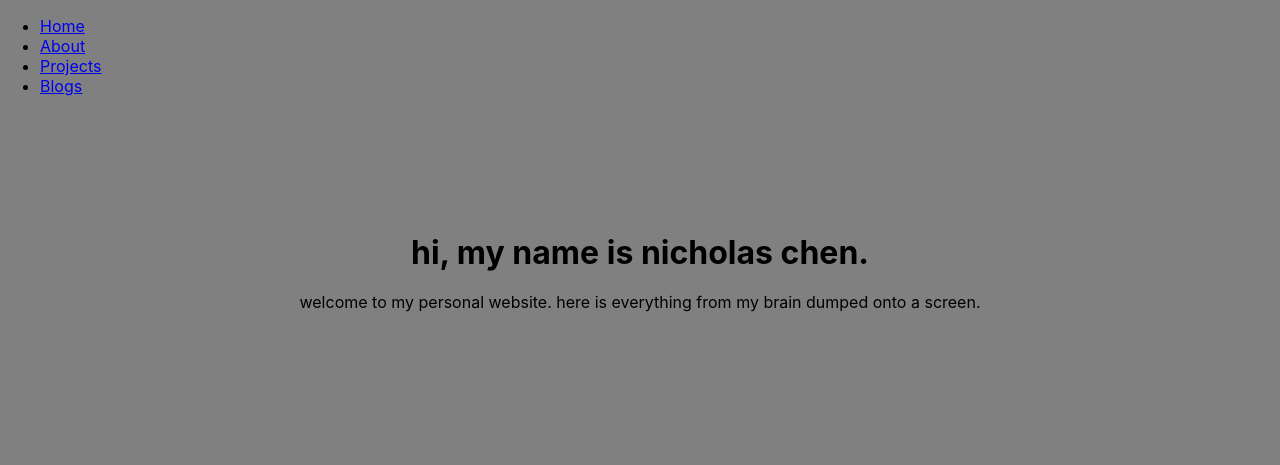
Repository: nicholaschen09/personalWebsite
Page: /
These files come from the project's save history. The page is drawn as it stood at one moment and after the next save; the edit follows.
The browser window is 1280 px wide. The pictures show the whole page.
The project was rebuilt for these pictures with package versions that can differ from the ones it lists, and the page was loaded fresh each time. Also part of the build but not shown: src/components/About.css, src/components/About.js, src/components/Projects.css, src/components/Projects.js, src/components/Blog.css, src/components/Blog.js, src/components/Miscellaneous.css, src/components/Miscellaneous.js and 4 more.

Above is the page before, as saved 2024-08-09 10:45:33.

### src/App.js
import React from 'react';
import { BrowserRouter as Router, Route, Routes, Link } from 'react-router-dom';
import About from './components/About.js';
import Home from './components/Home.js';
import Projects from './components/Projects.js';
import Blog from './components/Blog.js';
import Miscellaneous from './components/Miscellaneous.js';
import Design from './components/Design.js';
import Engineering from './components/Engineering.js';

function App() {
  return (
    <Router>
      <div>
        <nav>
          <ul>
            <li>
              <Link to="/">Home</Link>
            </li>
            <li>
              <Link to="/about">About</Link>
            </li>
            <li>
              <Link to="/projects">Projects</Link>
            </li>
            <li>
              <Link to="/blogs">Blogs</Link>
            </li>
          </ul>
        </nav>

        <Routes>
          <Route path="/about" element={<About />} />
          <Route path="/" element={<Home />} />
          <Route path="/projects" element={<Projects />} />
          <Route path="/blogs" element={<Blog />} />
          <Route path="/projects/miscellaneous" element={<Miscellaneous />} />
          <Route path="/projects/design" element={<Design />} />
          <Route path="/projects/engineering" element={<Engineering />} />
        </Routes>
      </div>
    </Router>
  );
}

export default App;

### src/components/Home.js
// src/components/Home/Home.js
import React from 'react';
import './Home.css';

const Home = () => {
    return (
        <div className="home">
            <h1>hi, my name is nicholas chen. </h1>
            <p>welcome to my personal website. here is everything from my brain dumped onto a screen.</p>



        </div>
        );



    };
         <div className="column">
         <h1>work experience</h1>
         </div>


export default Home;

### src/components/Home.css
/* src/components/Home/Home.css */
.home {
    text-align: center;
    padding: 100px;
    width: 700px;
    margin-left: auto;
    margin-right: auto;
    background-color: grey;
}

body {
    background-color: grey;
}

.DinnerImage {
    width: 70%;
    height: 70%;
    margin-left: auto;
    margin-right: auto;
    display: block;
}
p {
    line-height: 1;
}

Loaded but not shown: public/index.html (common file); src/index.js (common file); src/index.css (common file); src/reportWebVitals.js (common file)

After the next save:
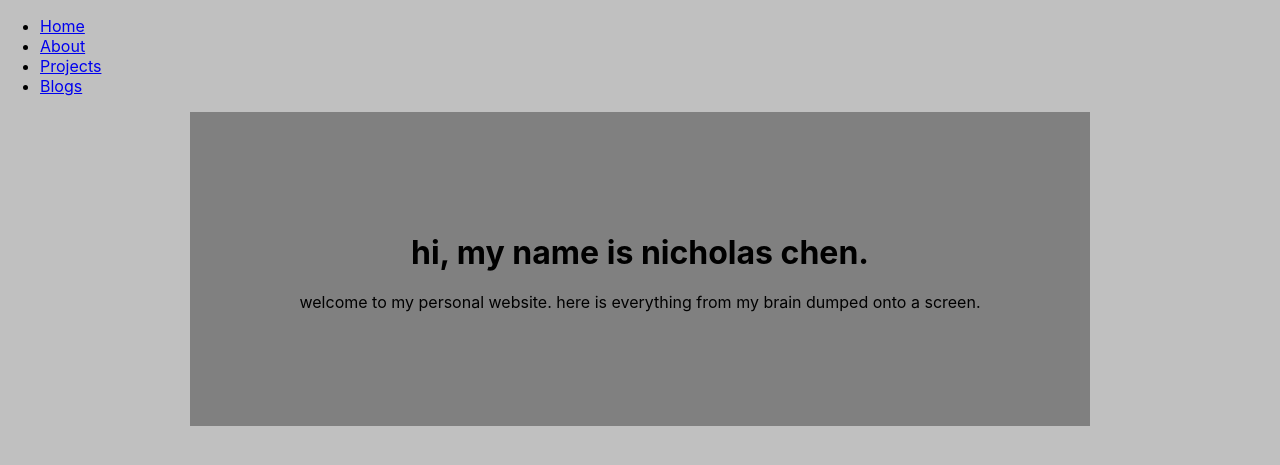
Saved 13 s later.
--- a/src/components/Home.css
+++ b/src/components/Home.css
@@ -9,7 +9,7 @@
 }
 
 body {
-    background-color: grey;
+    background-color: rgb(192, 192, 192);
 }
 
 .DinnerImage {
